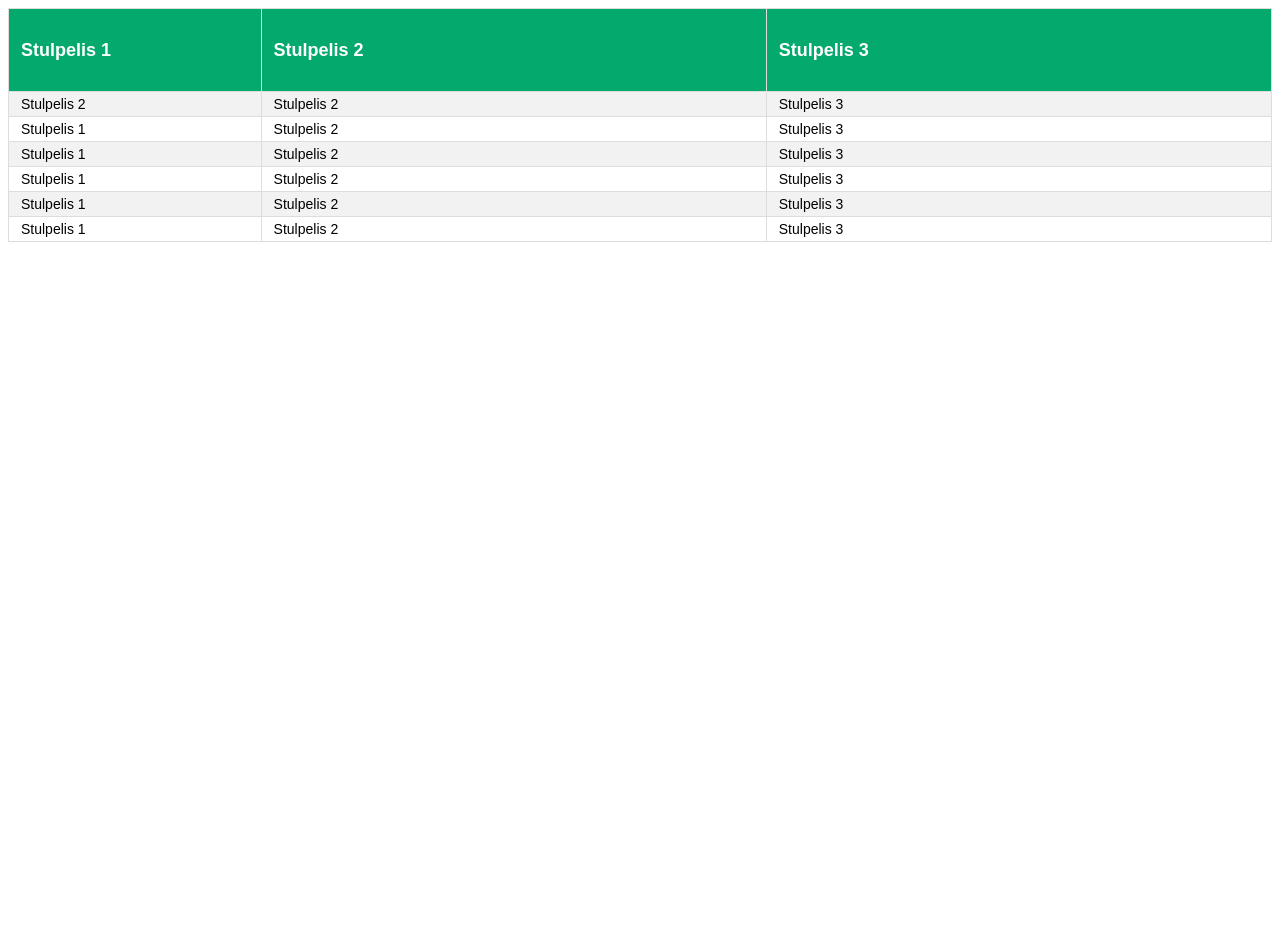
Repository: motiejus1/10-paskaita-05.31
Page: index.html
An editor plug-in stored every save of this project. The page is shown before and after the next save, followed by the edit.
The browser window is 1280 px wide. The pictures show the part of the page from y = 0 to 952 px (the page is 3250 px tall).
Backgrounds fixed to the window are drawn as part of the page.

Above is the page before, as saved 2021-06-16 20:35:47.

### index.html
<!DOCTYPE html>
<html lang="en">
<head>
    <meta charset="UTF-8">
    <meta http-equiv="X-UA-Compatible" content="IE=edge">
    <meta name="viewport" content="width=device-width, initial-scale=1.0">
    <title>10 paskaita</title>

    <style>
        html {
            font-size: 18px;
        }

        .container {
            width: 100%;
            height: 1800px;
        }


        /* Fono spalvos */

        .fonas-spalva {
            background-color: green;
            opacity: 0.7;
        }

        .fonas {
            background-color: #657AD3;
            opacity: 0.7;
        }

        .fonas-rgb {
            background-color:rgb(101, 122, 211);
            opacity: 0.7;
        }

        .fonas-rgba {
            background-color:rgba(101, 122, 211, 0.7);
        }

        /* Paveiksliukas kaip fonas */
        .paveiksliukas {
            height: 100%;
            background-image: url("https://images.unsplash.com/photo-1593642531955-b62e17bdaa9c?ixid=MnwxMjA3fDF8MHxwaG90by1wYWdlfHx8fGVufDB8fHx8&ixlib=rb-1.2.1&auto=format&fit=crop&w=750&q=80");
            background-color:grey;
            background-repeat: no-repeat;
            opacity: 0.7;
            background-attachment: fixed;
            /* background-position: 5px 5px; */
            /* background-position: center center; */
            /* background-size: 100% 100%; */
            /* background-size: contain; background-size: 100% */
            /* background-size: cover; */


        }

        table {

            font-family: Arial, Helvetica, sans-serif;
            border: 1px solid  #ddd;
            margin-bottom: 1200px;
            width: 100%;
            border-collapse: collapse;
        }


        td, th {
            border: 1px solid  #ddd;
            padding-left: 12px;
        }

        th {
            text-align: left;
            padding-top: 11px;
            padding-bottom: 11px;
            background-color: #04AA6D;
            color:white;
            font-size: 1rem;
        }

        td {
            padding-top: 0.2222rem;
            padding-bottom: 4px;
            font-size: 0.7778rem;
        }

        tr:nth-child(even) {
            background-color: #f2f2f2;
        }

        tr:hover {
            background-color: #ddd;
         }

        /* td:hover { */
            /* background-color: #ddd; */
        /* } */
            .col-20 {
                width: 20%;
                height: 60px;
            }
            .col-40 {
                width: 40%;
            }

            img {
                width: 100%;
            }
    </style>
</head>
<body>

    <table>
        <tr>
            <th class="col-20">Stulpelis 1</th>
            <th class="col-40">Stulpelis 2</th>
            <th class="col-40">Stulpelis 3</th>
        </tr>
        <tr>
            <td>
                Stulpelis 2
            </td>
            <td>Stulpelis 2</td>
            <td>Stulpelis 3</td>
        </tr>
        <tr>
            <td>Stulpelis 1</td>
            <td>Stulpelis 2</td>
            <td>Stulpelis 3</td>
        </tr>
        <tr>
            <td>Stulpelis 1</td>
            <td>Stulpelis 2</td>
            <td>Stulpelis 3</td>
        </tr>
        <tr>
            <td>Stulpelis 1</td>
            <td>Stulpelis 2</td>
            <td>Stulpelis 3</td>
        </tr>
        <tr>
            <td>Stulpelis 1</td>
            <td>Stulpelis 2</td>
            <td>Stulpelis 3</td>
        </tr>
        <tr>
            <td>Stulpelis 1</td>
            <td>Stulpelis 2</td>
            <td>Stulpelis 3</td>
        </tr>
    </table>

    <div class="container fonas-rgba">
        <div class="paveiksliukas">
            Tekstas
        </div>
    </div>
</body>
</html>

After the next save:
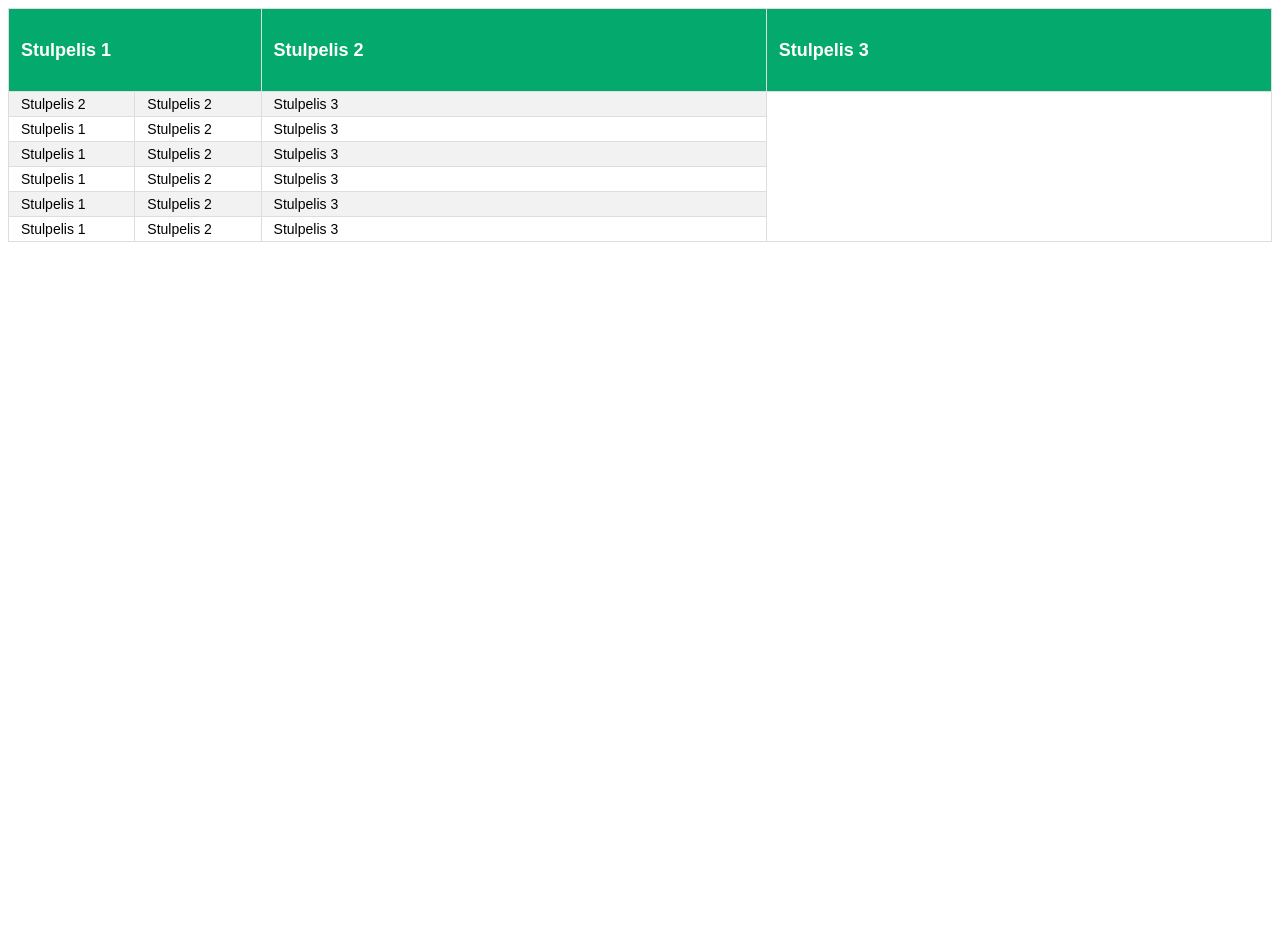
Saved 2 min 44 s later.
--- a/index.html
+++ b/index.html
@@ -113,7 +113,7 @@
 
     <table>
         <tr>
-            <th class="col-20">Stulpelis 1</th>
+            <th class="col-20" colspan="2">Stulpelis 1</th>
             <th class="col-40">Stulpelis 2</th>
             <th class="col-40">Stulpelis 3</th>
         </tr>
